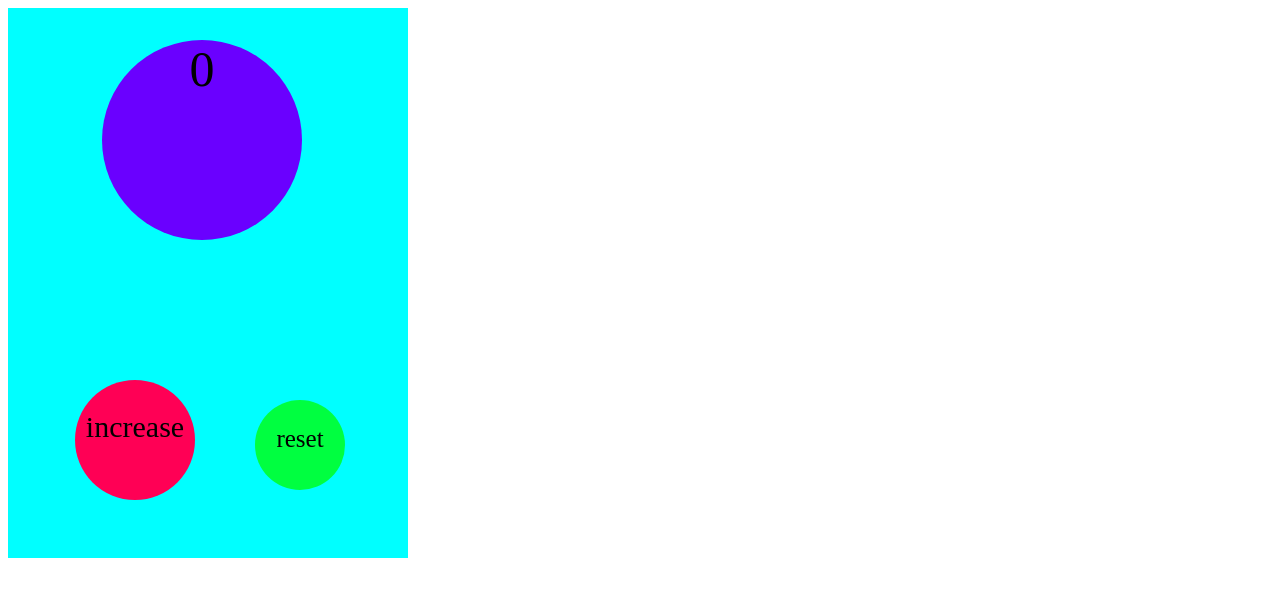
Repository: sara55m/Counter_App
Page: index.html
An editor plug-in stored every save of this project. The page is shown before and after the next save, followed by the edit.
The browser window is 1280 px wide. The pictures show the whole page.

Above is the page before, as saved 2024-07-30 03:30:46.

After the next save:
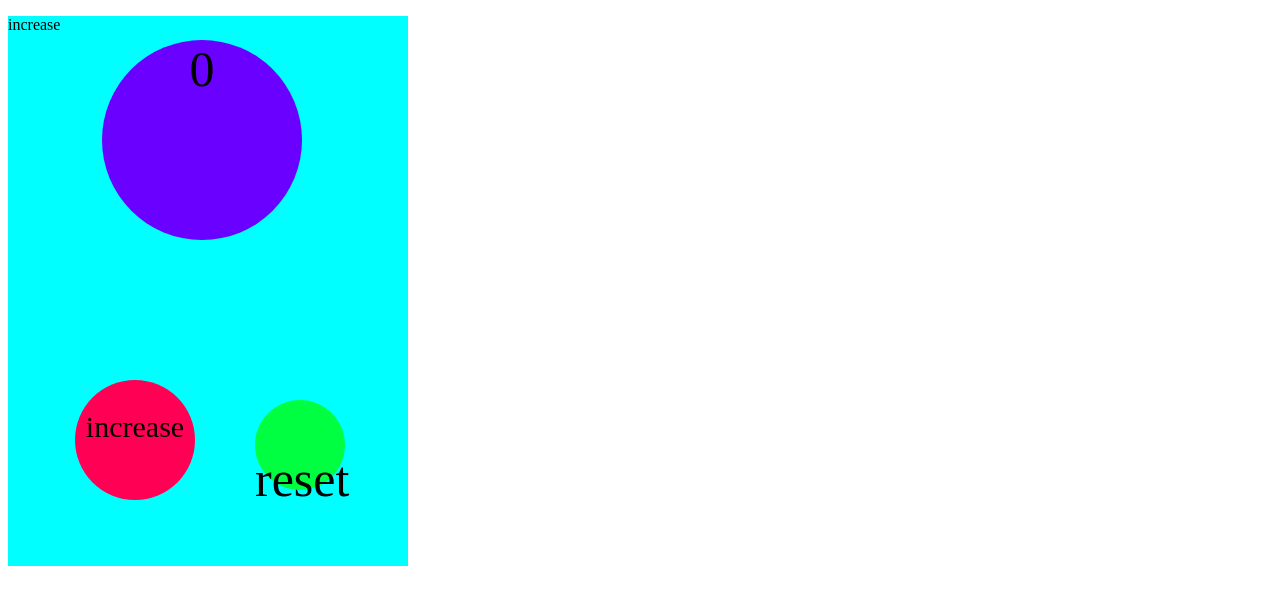
Saved 40 s later.
--- a/index.html
+++ b/index.html
@@ -10,7 +10,8 @@
     <div class="container">
         <div class="main" id="main"></div>
         <div class="increase" id="increase" onclick="increase()"><p class="first">increase</p></div>
-        <div class="reset" onclick="reset_1()"><p class="second">reset</p></div>
+        <div class="decrease" id="decrease" onclick="increase()"><p class="secondt">increase</p></div>
+        <div class="reset" onclick="reset_1()"><p class="third">reset</p></div>
     </div>
     <script src="js/script.js"></script>
 </body>
